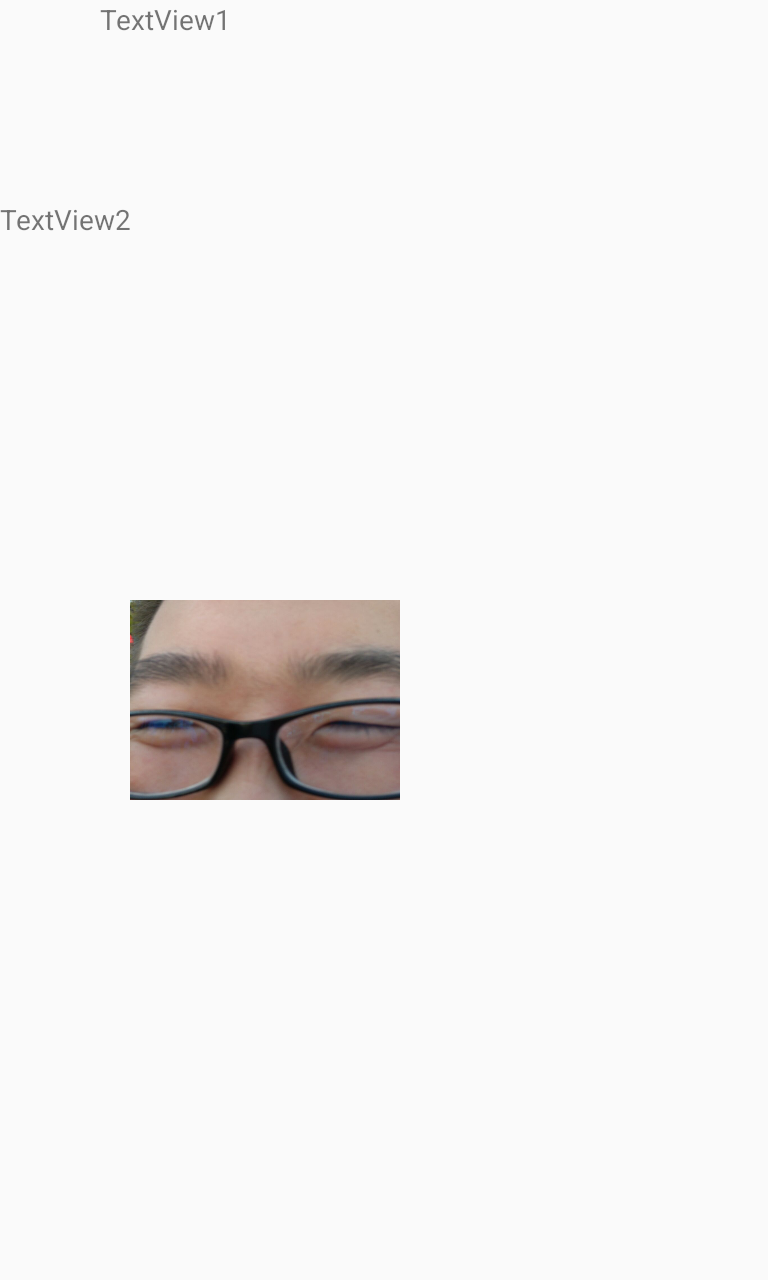
Repository: mjchow/qiuyi
Layout: demo1/res/layout/activity_main.xml
These files come from the project's save history. The layout is drawn as it stood at one moment and after the next save; the edit follows.
It is drawn on a 768 x 1280 px phone screen (xhdpi) without system bars, with theme AppTheme; the app's code is not run.

Above is the layout before, as saved 2014-12-25 15:55:08.

### demo1/res/layout/activity_main.xml
<FrameLayout xmlns:android="http://schemas.android.com/apk/res/android"
    xmlns:tools="http://schemas.android.com/tools"
    android:id="@+id/container"
    android:layout_width="match_parent"
    android:layout_height="match_parent"
    tools:context="com.example.demo1.MainActivity"
    tools:ignore="MergeRootFrame" >

    <ImageView
         android:id="@+id/imageview1"
         android:layout_marginTop="300dp"
         android:layout_marginBottom="0dp"
         android:layout_width="200dp"
         android:layout_height="100dp"
         android:scaleType="fitEnd"
         android:src="@drawable/ydt1" />
      <TextView
        android:id="@+id/textView1"
        android:layout_width="wrap_content"
        android:layout_height="wrap_content"
        android:layout_marginLeft = "50dp"
        android:text="TextView1" />

    <TextView
        android:id="@+id/textView2"
        android:layout_marginTop="100dp"
        android:layout_width="wrap_content"
        android:layout_height="wrap_content"
        android:text="TextView2" />

</FrameLayout>

Loaded but not shown: demo1/res/values/styles.xml (common file); demo1/res/values-v11/styles.xml (common file); demo1/res/values-v14/styles.xml (common file)

After the next save:
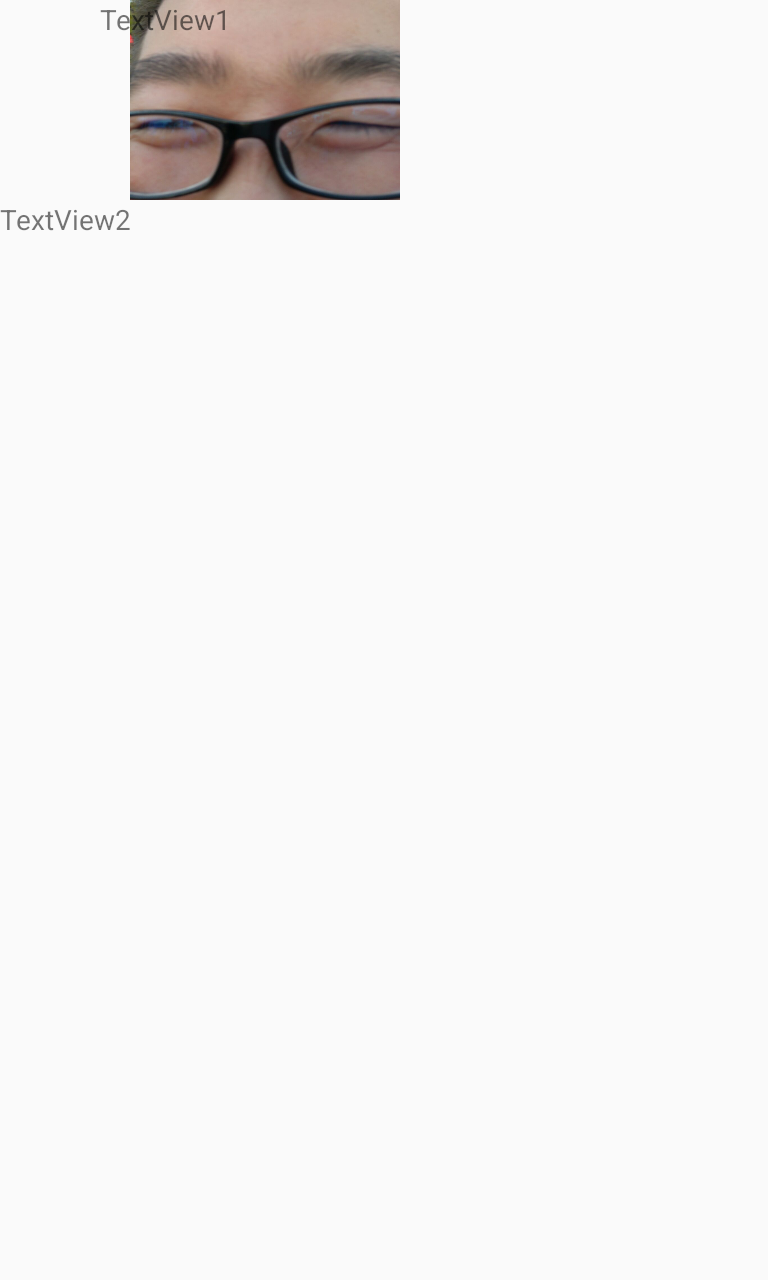
Saved 29 s later.
--- a/demo1/res/layout/activity_main.xml
+++ b/demo1/res/layout/activity_main.xml
@@ -8,8 +8,7 @@
 
     <ImageView
          android:id="@+id/imageview1"
-         android:layout_marginTop="300dp"
-         android:layout_marginBottom="0dp"
+         android:layout_marginBottom="10dp"
          android:layout_width="200dp"
          android:layout_height="100dp"
          android:scaleType="fitEnd"
